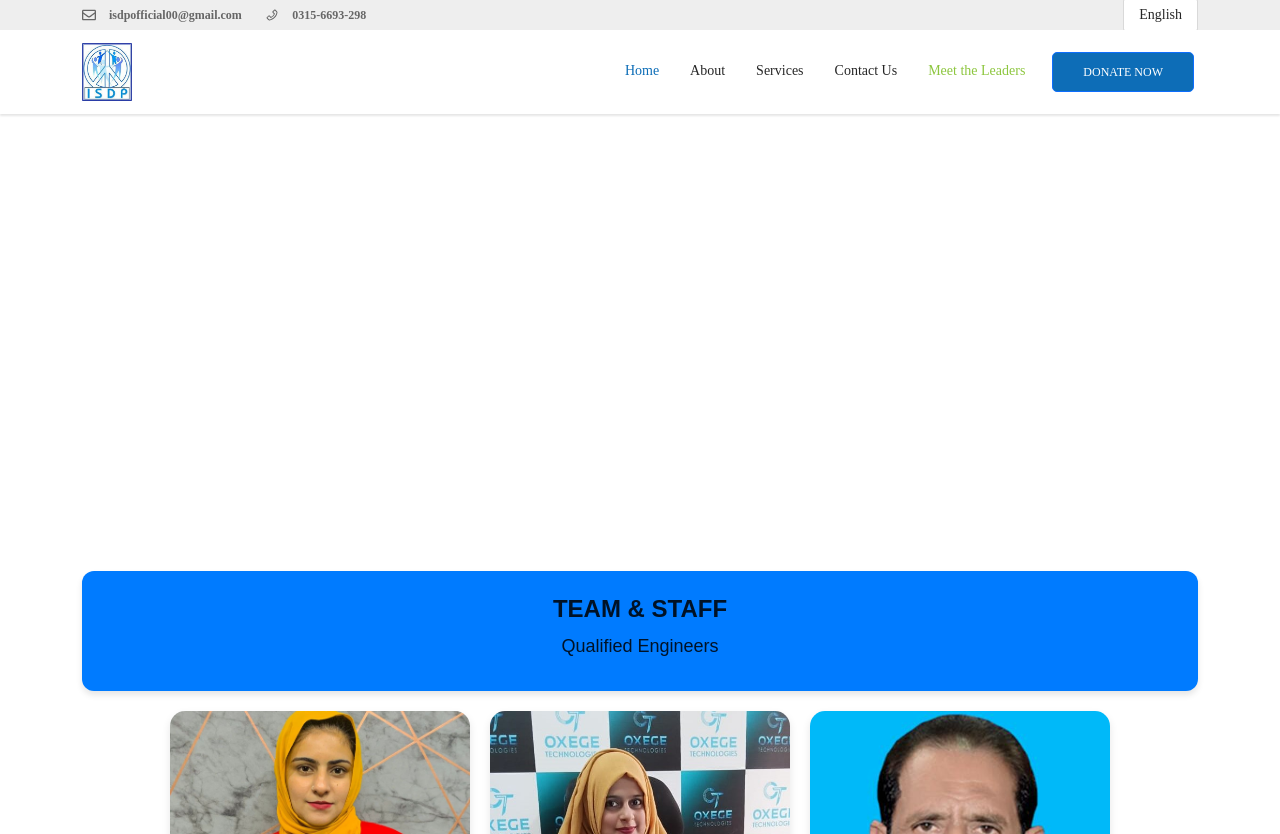
Repository: mfaizanakram8/isdp
Page: team.html
The author's editor kept a copy of each file at every save. The page is drawn from the files as they stood at one save, then again after the next save.
The browser window is 1280 px wide. The pictures show the part of the page from y = 0 to 834 px (the page is 2130 px tall before and 1410 px after).
Pictures or frames that could not be fetched are drawn as grey boxes. Some web fonts or font styles are not loaded; a fallback is used.

Above is the page before, as saved 2025-02-23 00:31:52.

After the next save:
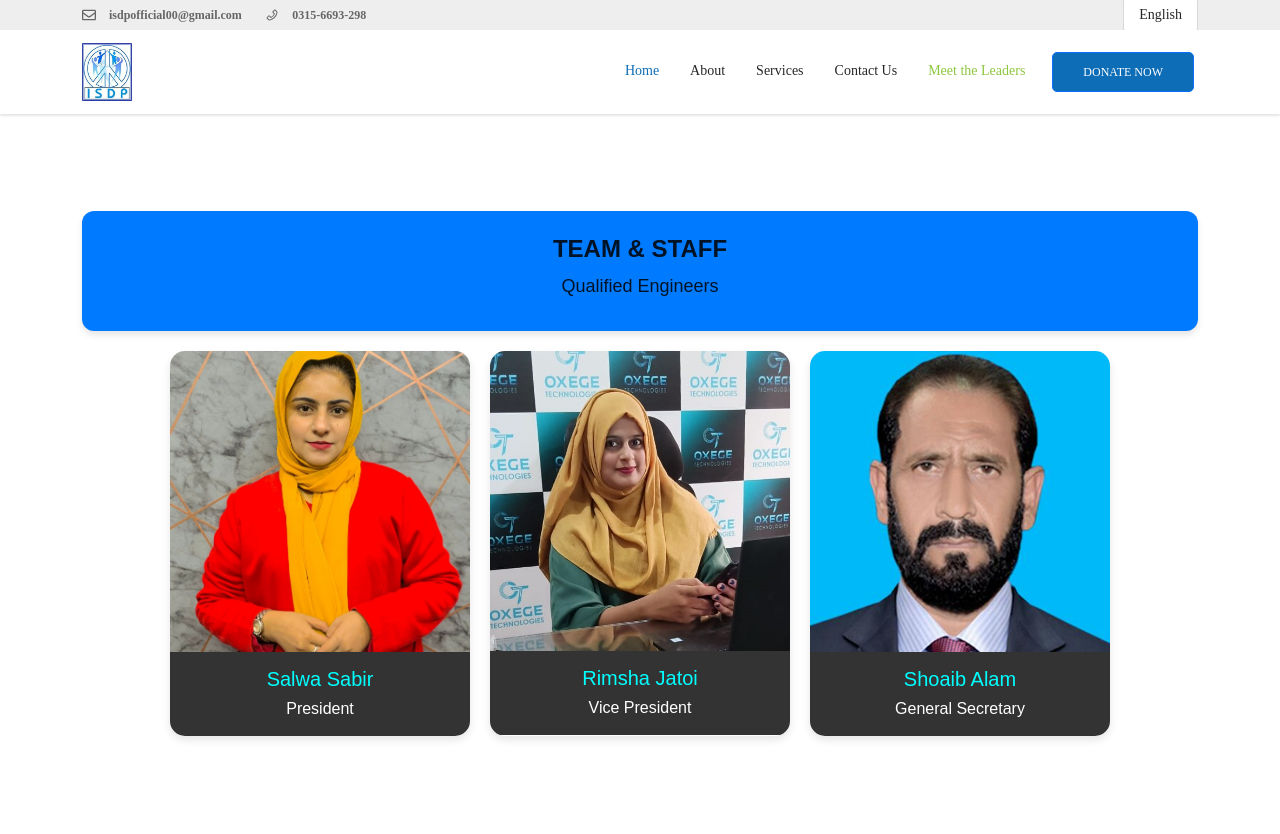
Saved 6 s later.
--- a/team.css
+++ b/team.css
@@ -6,7 +6,7 @@
     display: flex;
     justify-content: center;
     align-items: center;
-    height: 200vh;
+    height: 100vh;
 }
 
 .container {
